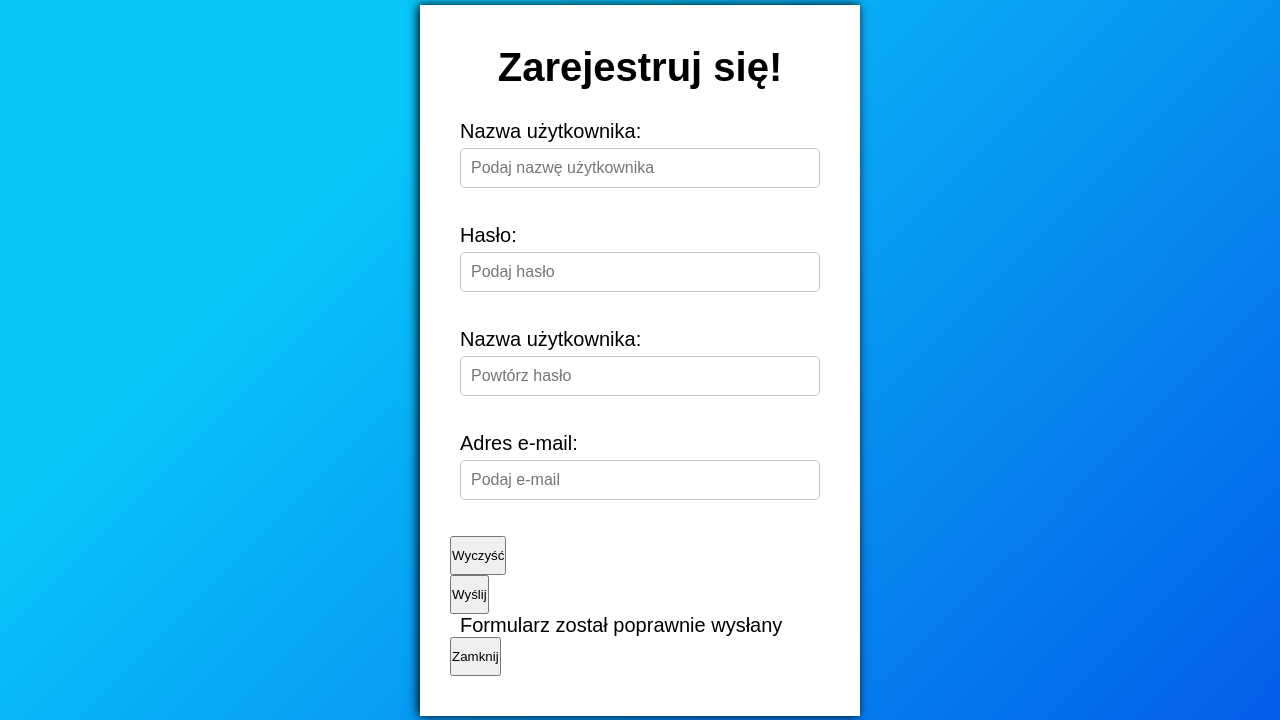
Repository: KrzysKolo/Projekt-3_Formularz-rejestracyjny
Page: index.html
An editor plug-in stored every save of this project. The page is shown before and after the next save, followed by the edit.
The browser window is 1280 px wide. The pictures show the whole page.
Some web fonts or font styles are not loaded; a fallback is used.

Above is the page before, as saved 2020-07-04 02:20:22.

### index.html
<!DOCTYPE html>
<html lang="en">
  <head>
    <meta charset="UTF-8" />
    <meta name="viewport" content="width=device-width, initial-scale=1.0" />
    <title>Projekt 3 - Logowanie</title>
    <link
      href="https://fonts.googleapis.com/css2?family=Aldrich&family=Overpass+Mono:wght@300&display=swap"
      rel="stylesheet"
    />
    <link rel="stylesheet" href="./css/style.css" />
  </head>
  <body>
    <main class="wrapper">
      <form class="form">
        <h1>Zarejestruj się!</h1>
        <div class="form-box">
          <label for="username">Nazwa użytkownika: </label>
          <input
            type="text"
            id="username"
            placeholder="Podaj nazwę użytkownika"
          />
          <p class="error-text">error</p>
        </div>

        <div class="form-box">
          <label for="password">Hasło: </label>
          <input type="password" id="password" placeholder="Podaj hasło" />
          <p class="error-text">error</p>
        </div>

        <div class="form-box">
          <label for="password2">Nazwa użytkownika: </label>
          <input type="password" id="password2" placeholder="Powtórz hasło" />
          <p class="error-text">error</p>
        </div>

        <div class="form-box">
          <label for="email">Adres e-mail: </label>
          <input type="email" id="email" placeholder="Podaj e-mail" />
          <p class="error-text">error</p>
        </div>

        <div class="control-button">
          <button class="clear">Wyczyść</button>
          <button class="send">Wyślij</button>
        </div>

        <div class="popup">
          <p>Formularz został poprawnie wysłany</p>
          <button class="close">Zamknij</button>
        </div>
      </form>
    </main>
  </body>
</html>

### css/style.css
* {
  box-sizing: border-box;
  margin: 0;
  padding: 0;
}
body {
  display: flex;
  justify-content: center;
  align-items: center;
  min-height: 100vh;
  font-family: "Aldrich", sans-serif;
  background-image: linear-gradient(315deg, #045de9 0%, #09c6f9 74%);
}
.wrapper {
  width: 440px;
  background-color: #fff;
  box-shadow: -2px 0 10px #000;
}
.form {
  padding: 40px;
  font-size: 20px;
}
h1 {
  margin-bottom: 30px;
  text-align: center;
}
.form-box {
  margin-bottom: 15px;
}
.form-box label {
  display: inline-block;
  margin-bottom: 5px;
}
.form-box input {
  width: 100%;
  padding: 10px;
  font-size: 16px;
  border: 1px solid rgb(197, 197, 197);
  border-radius: 5px;
}
.form-box.error input {
  border: 1px solid rgb(0, 117, 250);
  background-color: 1px solid rgba(0, 117, 250, 0.1);
}
.form-box .error-text {
  margin: 5px 0 0 10px;
  font-size: 14px;
  color: 1px solid rgb(0, 117, 250);
  font-family: "Overpass Mono", monospace;
  visibility: hidden;
}
.form-box.error .error-text {
  visibility: visible;
}
.control-buttons {
  display: flex;
  justify-content: flex-end;
}
.send,
.clear,
.close {
  display: block;
  padding: 10px 0;
  margin-left: -10px;
}

After the next save:
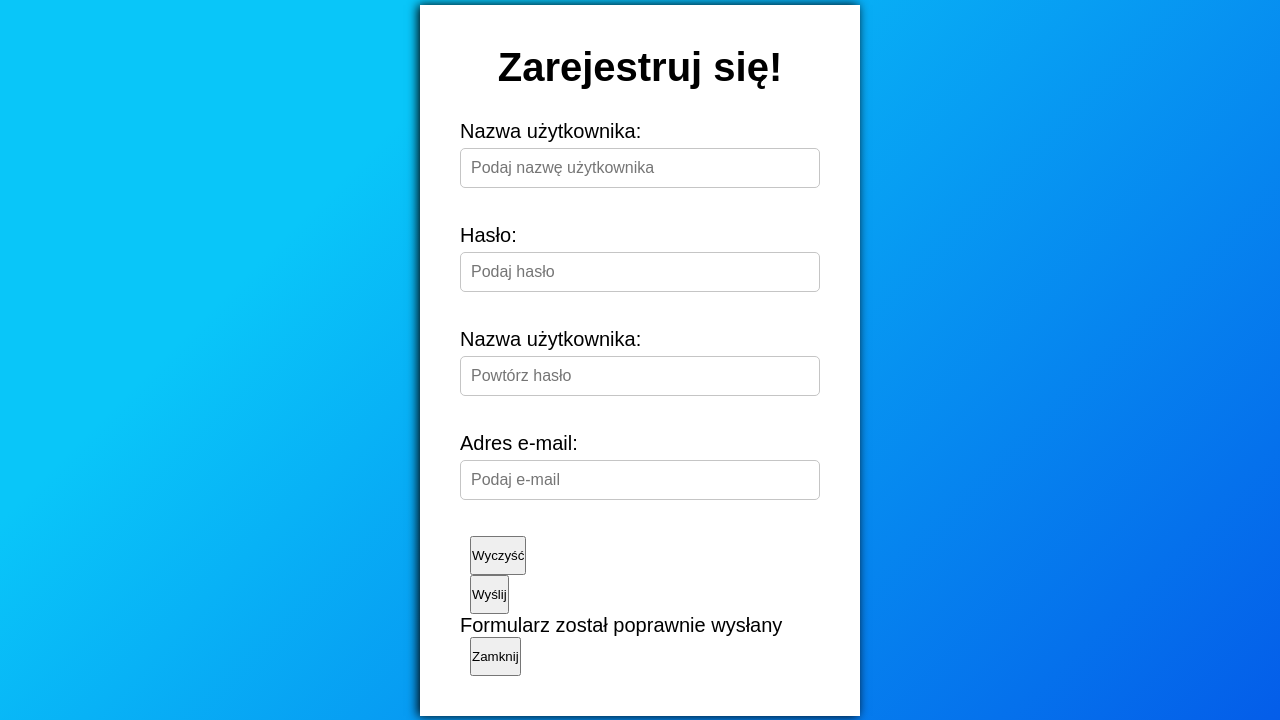
Saved 13 s later.
--- a/css/style.css
+++ b/css/style.css
@@ -61,5 +61,5 @@ h1 {
 .close {
   display: block;
   padding: 10px 0;
-  margin-left: -10px;
+  margin-left: 10px;
 }
